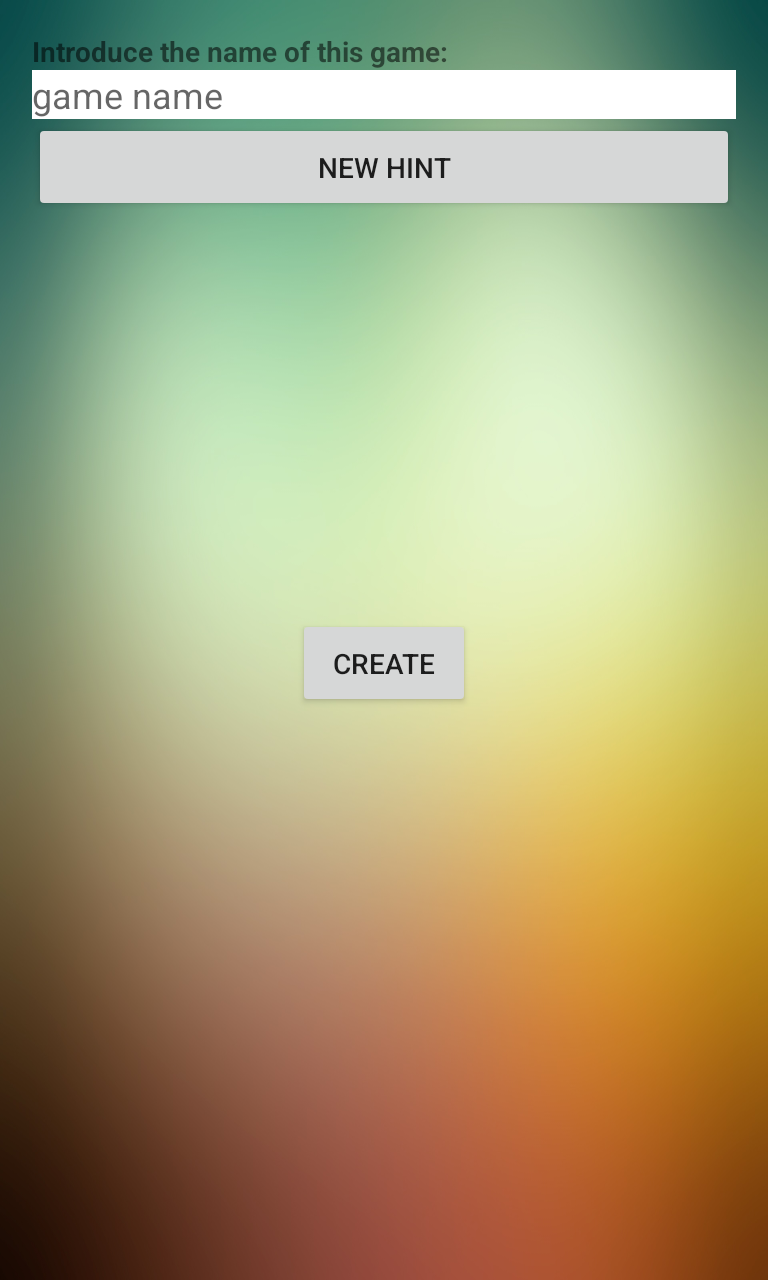
Repository: anlaji/find_it_androidapp
Layout: Hot&Cold/Hot_Cold/res/layout/activity_create__game.xml
The author's editor kept a copy of each file at every save. The layout is drawn from the files as they stood at one save, then again after a run of saves.
It is drawn on a 768 x 1280 px phone screen (xhdpi) without system bars, with theme AppTheme; the app's code is not run. Lists and similar views that code fills are empty.

Above is the layout before, as saved 2014-06-18 19:07:08.

After the next 2 saves:
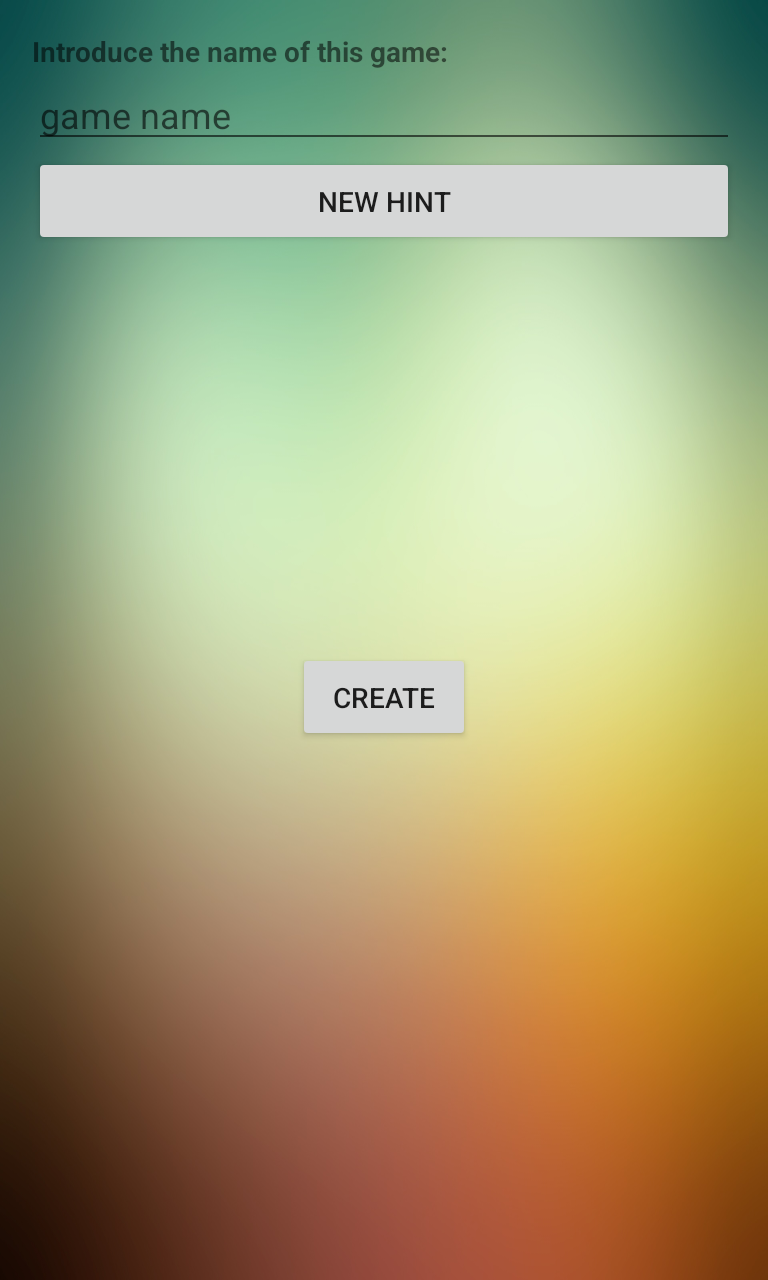
The 2 saves are shown as one change because they came seconds apart.
The last was saved 2 min 17 s later.
--- a/Hot&Cold/Hot_Cold/res/layout/activity_create__game.xml
+++ b/Hot&Cold/Hot_Cold/res/layout/activity_create__game.xml
@@ -20,7 +20,7 @@
         android:id="@+id/newGame"
         android:layout_width="match_parent"
         android:layout_height="wrap_content"
-        android:background="@color/White"
+        android:textColor="@color/Black"
         android:ems="10"
         android:hint="@string/game_name" />
 
